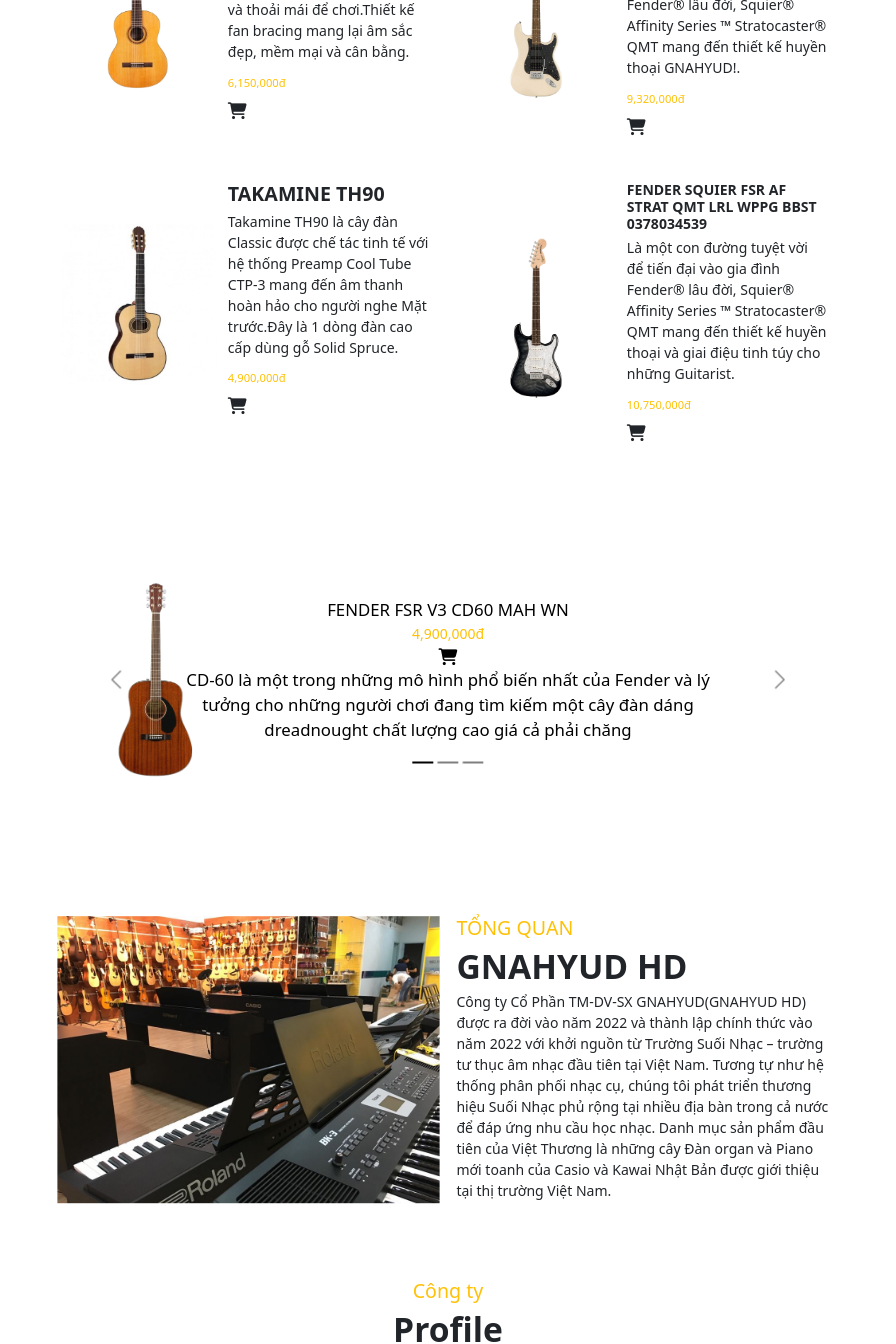
Repository: HoangDuy315/guitar
Page: index.html
These files come from the project's save history. The page is drawn as it stood at one moment and after the next save; the edit follows.
The browser window is 1280 px wide. The pictures show the part of the page from y = 1407 to 3327 px (the page is 4970 px tall), at 70% of full size.
Some web libraries are served in a nearby version.

Above is the page before, as saved 2022-09-17 20:14:33.

After the next save:
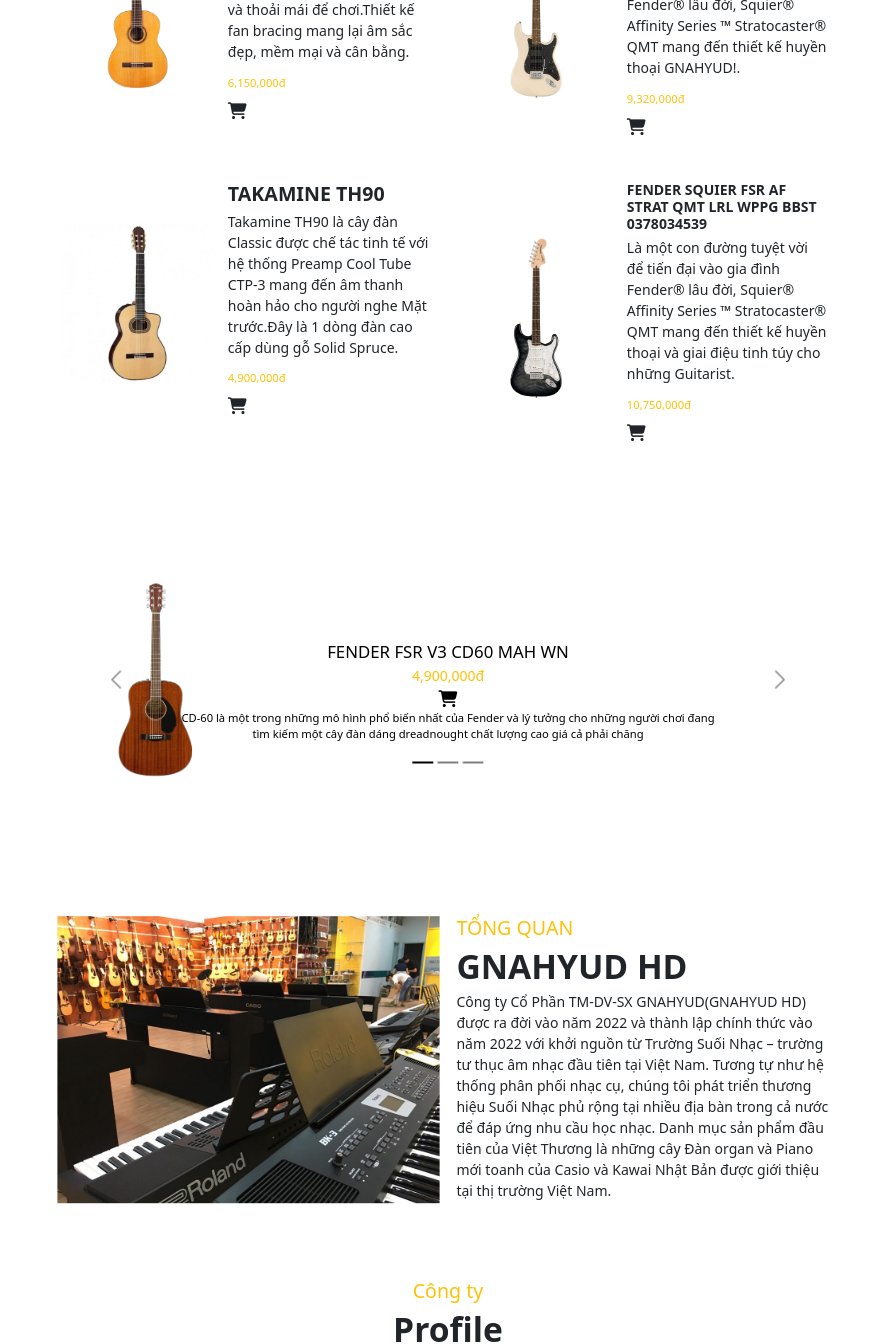
Saved 20 s later.
--- a/index.html
+++ b/index.html
@@ -214,7 +214,7 @@
                             <h3 class="fs-4">FENDER FSR V3 CD60 MAH WN</h3>
                             <h5 class="text-warning">4,900,000đ</h5>
                             <i class="fa-solid fa-cart-shopping fs-4"></i>
-                            <p class="fs-4">CD-60 là một trong những mô hình phổ biến nhất của Fender và lý tưởng cho những người chơi đang tìm kiếm một cây đàn dáng dreadnought chất lượng cao giá cả phải chăng</p>
+                            <p class="fs-6">CD-60 là một trong những mô hình phổ biến nhất của Fender và lý tưởng cho những người chơi đang tìm kiếm một cây đàn dáng dreadnought chất lượng cao giá cả phải chăng</p>
                           </div>
                         </div>
                         <div class="carousel-item" data-bs-interval="2000">
